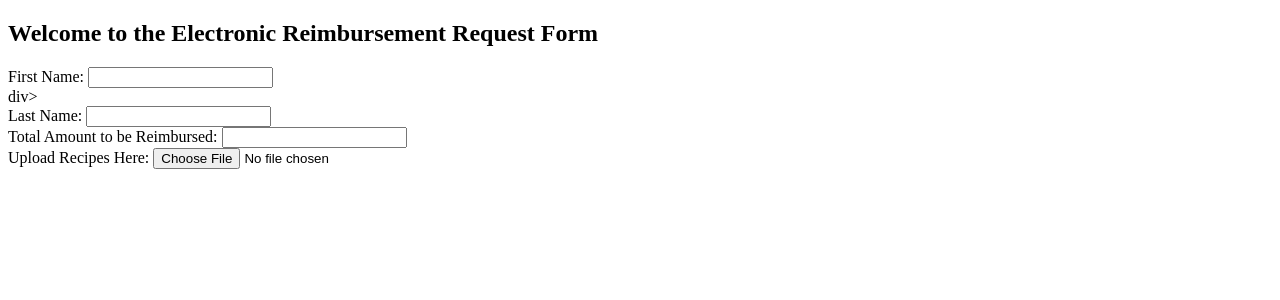
Repository: lharrill01/july_11_current_projects
Page: gres/src/main/java/gres/model/errfwelcome.html
An editor plug-in stored every save of this project. The page is shown before and after the next save, followed by the edit.
The browser window is 1280 px wide. The pictures show the whole page.

Above is the page before, as saved 2019-07-07 20:42:24.

### gres/src/main/java/gres/model/errfwelcome.html
<!DOCTYPE html>
<html>
<head>
<meta charset="ISO-8859-1">
<title>Welcome to the Electronic Reimbursement Request Form</title>
</head>
<h2>Welcome to the Electronic Reimbursement Request Form</h2>
<div>
<label> First Name: </label>
<input type="text" name="firstName">
</div>div>
<div>
<label> Last Name: </label>
<input type="text" name="lastName">
</div>
<div>
<label>Total Amount to be Reimbursed: </label>
<input type="text" name="rAmount">
</div>
<div>
<label> Upload Recipes Here: </label>
<input type="file" name="reciepts" accept="image/*">
</div>
<body>



</body>
</html>

After the next save:
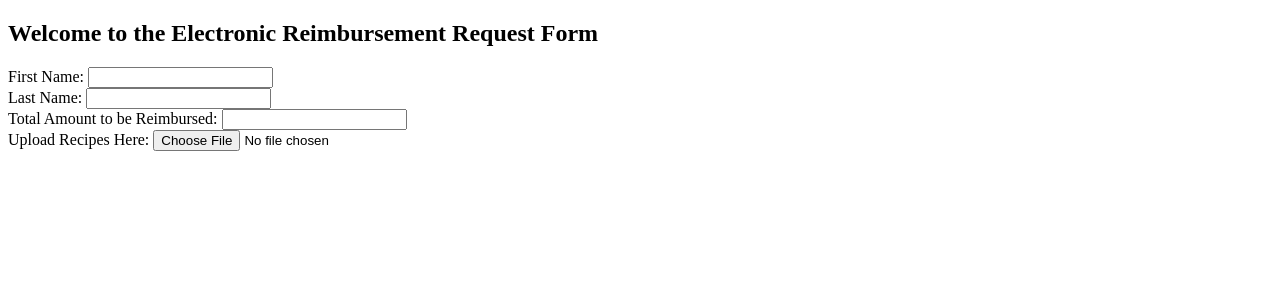
Saved 8 s later.
--- a/gres/src/main/java/gres/model/errfwelcome.html
+++ b/gres/src/main/java/gres/model/errfwelcome.html
@@ -8,7 +8,7 @@
 <div>
 <label> First Name: </label>
 <input type="text" name="firstName">
-</div>div>
+</div>
 <div>
 <label> Last Name: </label>
 <input type="text" name="lastName">
